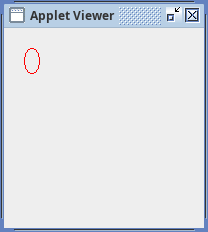
Repository: raul-villalva/laboratorio_2013
Program's window: java Practica4/src/PrimerApplet.java
These files come from the project's save history. The program's window is drawn as it stood at one moment and after a run of saves; the edit follows.
It runs on Java 21 on a 1366 x 768 screen with the Metal look.

Above is the program's window before, as saved 2013-09-26 16:58:27.

### Practica4/src/PrimerApplet.java
import java.applet.Applet;
import java.awt.Color;
import java.awt.Graphics;
import java.awt.event.MouseEvent;
import java.awt.event.MouseListener;


public class PrimerApplet extends Applet implements MouseListener {

	int x = 20;
	int y = 20;
	/**
	 *
	 */
	private static final long serialVersionUID = 1L;

	public void paint(Graphics g){
		   g.setColor(Color.RED);

	   g.drawOval(x, y, 15, 25);
	}

    public void start(){

    	this.addMouseListener(this);

    }

	@Override
	public void mouseClicked(MouseEvent e) {

		x = e.getX();
		y = e.getY();
		repaint();

	}

	@Override
	public void mousePressed(MouseEvent e) {
		// TODO Auto-generated method stub

	}

	@Override
	public void mouseReleased(MouseEvent e) {
		// TODO Auto-generated method stub

	}

	@Override
	public void mouseEntered(MouseEvent e) {
		// TODO Auto-generated method stub

	}

	@Override
	public void mouseExited(MouseEvent e) {
		// TODO Auto-generated method stub

	}


}

After the next 2 saves:
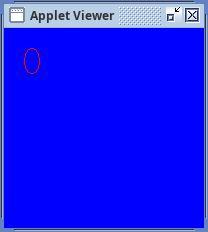
The 2 saves are shown as one change because they came seconds apart.
The last was saved 3 min 26 s later.
--- a/Practica4/src/PrimerApplet.java
+++ b/Practica4/src/PrimerApplet.java
@@ -16,6 +16,7 @@
 
 	public void paint(Graphics g){
 		   g.setColor(Color.RED);
+		   this.setBackground(Color.BLUE);
 
 	   g.drawOval(x, y, 15, 25);
 	}
